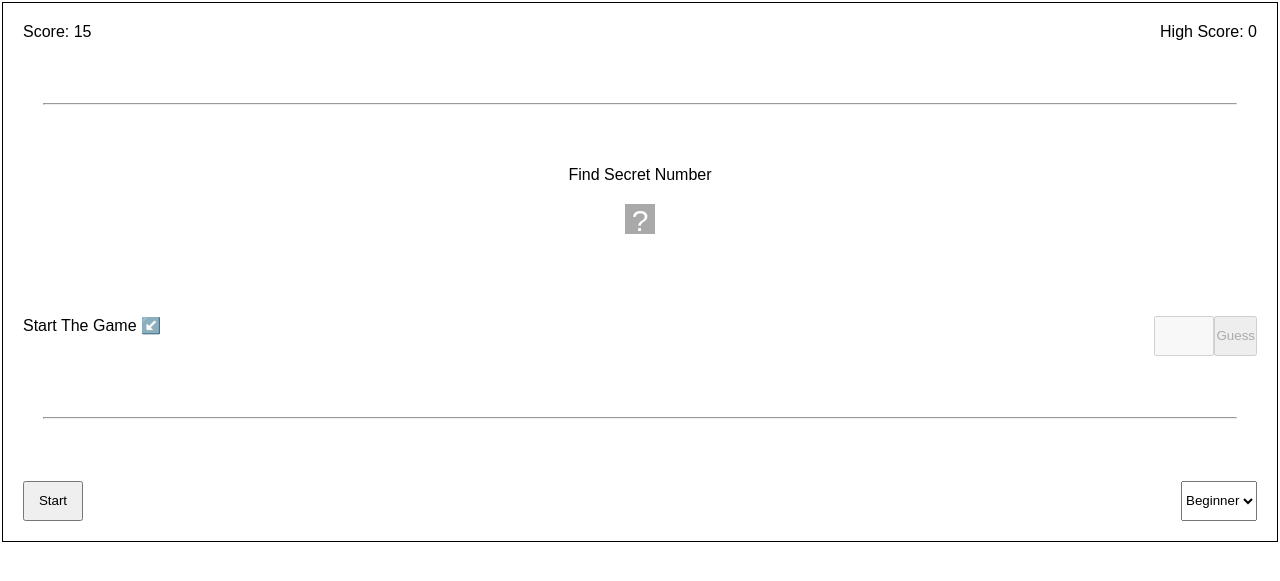
Repository: baziz22/Vanilla_JS_Projects
Page: secret_number/index.html
The author's editor kept a copy of each file at every save. The page is drawn from the files as they stood at one save, then again after the next save.
The browser window is 1280 px wide. The pictures show the whole page.

Above is the page before, as saved 2022-02-20 00:00:33.

### secret_number/index.html
<!DOCTYPE html>
<html lang="en">
  <head>
    <meta charset="UTF-8" />
    <meta http-equiv="X-UA-Compatible" content="IE=edge" />
    <meta name="viewport" content="width=device-width, initial-scale=1.0" />
    <link rel="stylesheet" href="style.css" />
    <title>Guess a Number</title>
  </head>
  <body>
    <div id="scene">
      <div id="scene-header">
        <div>Score: <span id="score">15</span></div>
        <div>High Score: <span id="high-score">0</span></div>
      </div>
      <hr />
      <div id="scene-messages">
        <div id="game-title">Find Secret Number</div>
        <div id="rules">
          Secret number is between <span id="between"></span>
        </div>
        <div id="secret-number"><span id="the-secret">?</span></div>
      </div>
      <div id="scene-body">
        <div id="message">Start The Game ↙️</div>
        <input id="guess-box" type="number" min="1" max="" />
        <button id="guess-btn">Guess</button>
      </div>
      <hr />
      <div id="scene-footer">
        <button id="start-btn">Start</button>
        <select id="level" title="levels">
          <option value="beginner">Beginner</option>
          <option value="medium">Medium</option>
          <option value="hard">Hard</option>
        </select>
      </div>
    </div>
    <script src="secret_number.js"></script>
  </body>
</html>

### secret_number/style.css
* {
  padding: 0;
  margin: 0;
  box-sizing: border-box;
}
body {
  font-family: 'invasion2000', sans-serif;
}
#scene {
  min-width: 50vh;
  min-height: 75vh;
  padding: 20px;
  margin: 2px;
  border: 1px solid black;
  display: flex;
  flex-direction: column;
  justify-content: space-between;
}
#scene-header {
  display: flex;
  justify-content: space-between;
}
#scene-messages {
  display: flex;
  flex-direction: column;
  justify-items: center;
  text-align: center;
  align-items: center;
}

#scene-body {
  display: flex;
  justify-content: space-between;
}
#scene-footer {
  display: flex;
  justify-content: space-between;
}

#secret-number {
  width: 30px;
  height: 30px;
  margin: 20px;
  background-color: darkgray;
  font-size: 30px;
  color: #fff;
}
#message {
  flex-grow: 3;
}
#guess-box,
#start-btn {
  width: 60px;
  height: 40px;
}

hr {
  margin: 0 20px;
}

### secret_number/secret_number.js
'use strict';
let secretNumber;
let score = 15;
let high_score = 0;
let start_btn = document.getElementById('start-btn');
let secretNumberBox = document.getElementById('the-secret');
let level = document.getElementById('level');
let guess_btn = document.getElementById('guess-btn');
let rules = document.getElementById('rules');
let userInput = document.getElementById('guess-box');
let guess = userInput.value;
const displayMessage = message => {
  document.getElementById('message').textContent = message;
};

function startGame() {
  rules.style.display = 'none';
  guess_btn.disabled = true;
  userInput.disabled = true;
  start_btn.addEventListener('click', () => {
    start_btn.disabled = true;
    guess_btn.disabled = false;
    userInput.disabled = false;
    console.log(level.value);
    if (level.value === 'beginner') {
      secretNumber = Math.ceil(Math.random() * 10);
      rule('1 - 10', 10);
    } else if (level.value === 'medium') {
      secretNumber = Math.ceil(Math.random() * 50);
      rule('1 - 50', 50);
    } else {
      secretNumber = Math.ceil(Math.random() * 100);
      rule('1 - 100', 100);
    }
    console.log(secretNumber);
    displayMessage('Start Guessing!!!');
    level.disabled = true;
  });
}
function validateBox() {
  if (level.value === 'beginner') {
    if (userInput.value > 10 || userInput.value < 1) {
      displayMessage('Please See Beginner Rules ');
    } else {
      wrongAnswer();
    }
  }
  if (level.value === 'medium') {
    if (userInput.value > 50 || userInput.value < 1) {
      displayMessage('Please See Beginner Rules ');
    } else {
      wrongAnswer();
    }
  }
  if (level.value === 'hard') {
    if (userInput.value > 100 || userInput.value < 1) {
      displayMessage('Please See Beginner Rules ');
    } else {
      wrongAnswer();
    }
  }
}

const rule = (between, attrValue) => {
  rules.style.display = 'block';
  document.getElementById('between').textContent = between;
  document.getElementById('guess-box').setAttribute('max', attrValue);
};

guess_btn.addEventListener('click', gameProcessing);
function gameProcessing() {
  console.log(Number(userInput.value), typeof userInput.value);
  if (guess == secretNumber) {
    displayMessage('You made it!');
    if (high_score > score) {
    }
    console.log('h-s: ' + high_score);
    return endGame();
  }
  validateBox();
}
function wrongAnswer() {
  score--;
  document.getElementById('score').textContent = score;
  console.log(score);
  if (guess > secretNumber) {
    displayMessage('too high');
    if (score === 0) {
      displayMessage('You Lost!');
      endGame();
    }
  } else if (guess < secretNumber) {
    displayMessage('too low');
    if (score === 0) {
      displayMessage('You Lost!');
      endGame();
    }
  }
}
function endGame() {
  start_btn.disabled = false;
  guess_btn.disabled = true;
  guess = null;
  userInput.disabled = true;
  level.disabled = false;
  secretNumberBox.textContent = secretNumber;
}

startGame();

// TODO

After the next save:
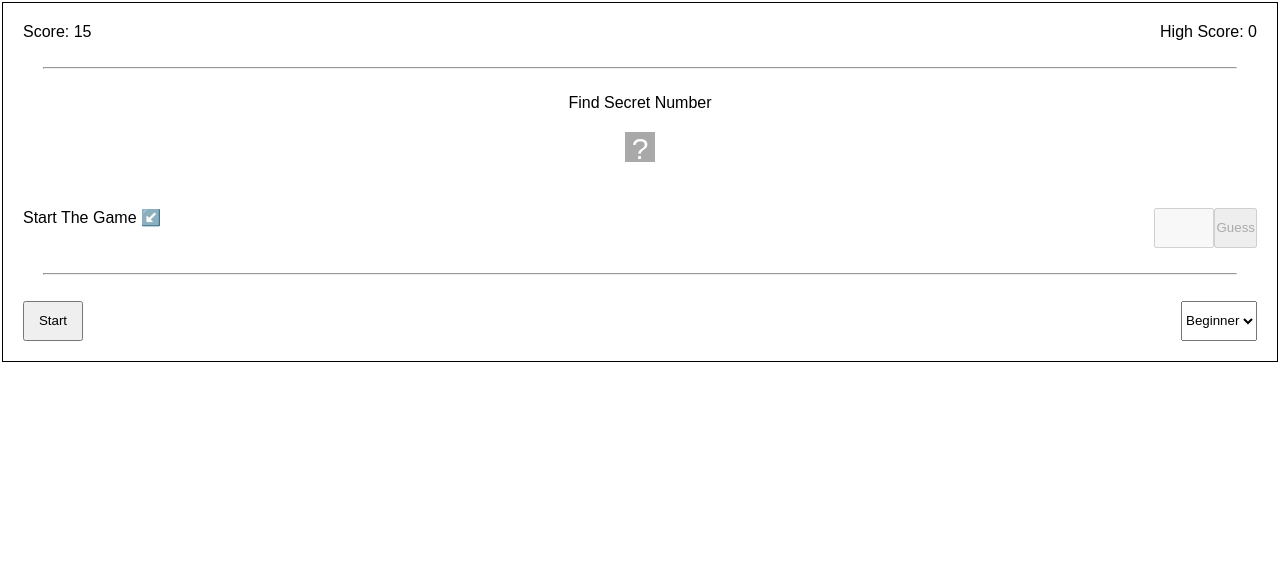
Saved 26 s later.
--- a/secret_number/style.css
+++ b/secret_number/style.css
@@ -8,7 +8,7 @@ body {
 }
 #scene {
   min-width: 50vh;
-  min-height: 75vh;
+  min-height: 50vh;
   padding: 20px;
   margin: 2px;
   border: 1px solid black;
